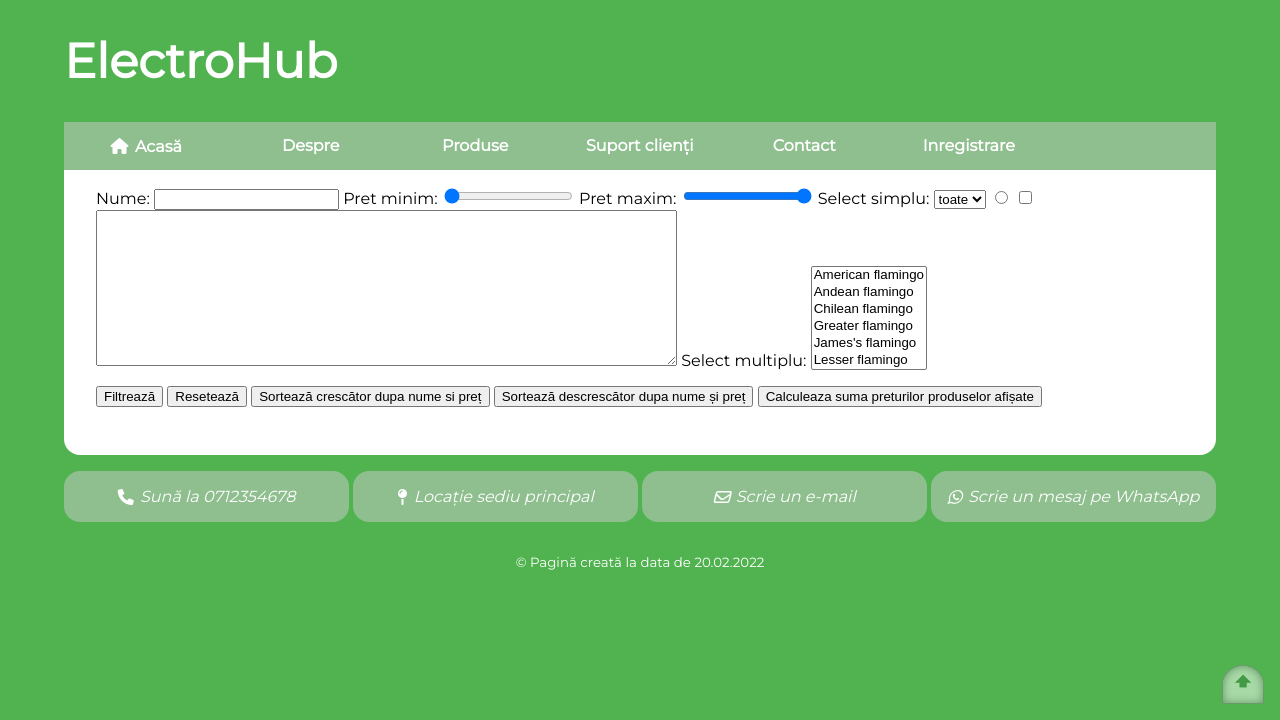
Repository: alexbanilean/Proiect-TW---ElectroHub
Page: http://localhost/produse
The author's editor kept a copy of each file at every save. The page is drawn from the files as they stood at one save, then again after the next save.
The browser window is 1280 px wide. The pictures show the whole page.
The page is served by the project's Node server (index.js). Queries for data that is not in the repository find no rows.

Above is the page before, as saved 2022-05-09 20:26:11.
Console error: TypeError: Cannot set properties of null (setting 'onclick')

### views/pagini/produse.ejs
<!DOCTYPE html>
<html  lang="ro">
    <head>
        <meta name="description" content="Universul electronicelor și electrocasnicelor la cele mai bune prețuri.">
        <meta name="keywords" content="electronice, electrocasnice, telefoane, tablete, jocuri, televizoare, smartphone">
        <title>ElectroHub</title>
        <%- include("../fragmente/head"); %>
        <link rel="stylesheet" type="text/css" href="/resurse/css/produse.css"/>
        <script type="text/javascript" src="/resurse/js/produse.js"></script>
    </head>

    <body>

    <%- include("../fragmente/header") %>

    <main>

        <!--<label> Maxim calorii: <input type="number" id="inp-calorii" value="10000"></label>-->
        <!-- <div> Calorii: trebuie sa aiba acelasi name ca sa formeze un grup
            <p><label>Dietetic (calorii &lt; 350)
                <input id="i_rad1"  name="gr_rad" value="0:350" type="radio"/>
            </label></p>
            <p><label>Mediu (350 &le; calorii &lt; 700)
                <input id="i_rad2"  name="gr_rad" value="350:750" type="radio"/>
            </label>
            <p><label>Ridicat caloric (700 &le; calorii)
                <input id="i_rad3" name="gr_rad" value="700:1000000000" type="radio"/>
            </label>
            <p><label>Toate
                <input id="i_rad4" checked name="gr_rad" value="toate" type="radio"/>
            </label>
        </div> -->

        <p>
            <label>Nume: <input type="text" id="inp-nume"></label>

            <label>Pret minim: <input type="range" id="inp-pret-min" value="0" min="0"  max="5000"><span id="infoRangeMin"></span></label>

            <label>Pret maxim: <input type="range" id="inp-pret-max" value="5000" min="0"  max="5000"><span id="infoRangeMax"></span></label>

            <label>Select simplu:
                <select id="inp-categorie">
                    <option id="sel-toate" selected value="toate">toate</option>
                    <% for (let opt of locals.optiuni) { %>
                        <option value="<%- opt.unnest %>"><%- opt.unnest %> </option>
                    <% } %>
                </select>
            </label>

            <label> <input type="radio"> </label>

            <label> <input type="checkbox"> </label>

            <label> <textarea id = "txtArea" rows = "10" cols = "70"></textarea> </label>

            <label>
                <datalist id = "browsers">
                    <option value = "Edge">
                    <option value = "Firefox">
                    <option value = "Chrome">
                    <option value = "Opera">
                    <option value = "Safari">
                </datalist>
            </label>

            <label>Select multiplu:
                <select multiple size="6">
                    <option value="American">American flamingo</option>
                    <option value="Andean">Andean flamingo</option>
                    <option value="Chilean">Chilean flamingo</option>
                    <option value="Greater">Greater flamingo</option>
                    <option value="James's">James's flamingo</option>
                    <option value="Lesser">Lesser flamingo</option>
                </select>
            </label>

        </p>

        <p>
            <button id="filtrare">Filtrează</button>
            <button id="resetare">Resetează</button>
            <button id="sortCrescNume">Sortează crescător dupa nume si preț</button>
            <button id="sortDescrescNume">Sortează descrescător dupa nume și preț</button>
            <button id="p-suma">Calculeaza suma preturilor produselor afișate</button>
        </p>

        <!-- my code below -->

        <section id="produse">
            <div class="grid-produse">
                <% for(let prod of locals.produse) { %>
                    <article class="produs">
                        <h3 class="nume"><a href="/produs/<%-prod.id %>"><span class="val-nume"><%- prod.nume%></span></a></h3>
                        <p class="categorie">Categorie: <span class="val-categorie"><%- prod.categorie %></span></p>

                        <div class="grid-intern">
                            <figure class="imag-produs">
                                <a href="produs/<%-prod.id %>" ><img src="/resurse/imagini/produse/<%- prod.imagine %>" alt="[imagine <%- prod.nume %>]" /></a>
                            </figure>

                            <table class="info-prod">
                                <tbody>
                                    <tr>
                                        <td>
                                            <span class="pret">Pret:</span>
                                        </td>
                                        <td>
                                            <span class="val-pret"><%- prod.pret %> RON</span>
                                        </td>
                                    </tr>

                                    <tr>
                                        <td>
                                            <span class="culoare">Culoare:</span>
                                        </td>
                                        <td>
                                            <span class="val-culoare"><%- prod.culoare %></span>
                                        </td>
                                    </tr>

                                    <tr>
                                        <td>
                                            <span class="descriere">Descriere:</span>
                                        </td>
                                        <td>
                                            <span class="val-descriere"><%- prod.descriere %></span>
                                        </td>
                                    </tr>

                                    <tr>
                                        <td>
                                            <span class="data_adaugare">Data adăugare:</span>
                                        </td>
                                        <td>
                                            <span class="val-data_adaugare"><time><%- `${prod.data_adaugare.getDate()}/${locals.luni[prod.data_adaugare.getMonth()]}/${prod.data_adaugare.getFullYear()} (${locals.zile[prod.data_adaugare.getDay()]})` %></time></span>
                                        </td>
                                    </tr>

                                    <tr>
                                        <td>
                                            <span class="premium">Premium:</span>
                                        </td>
                                        <td>
                                            <span class="val-premium">
                                                <% if(prod.premium == 'true') { %>
                                                    <%- 'Da' %>
                                                <% } else { %>
                                                    <%- 'Nu' %>
                                                <% } %>
                                            </span>
                                        </td>
                                    </tr>
                                </tbody>
                            </table>

                            <label class="selecteaza-cos">
                                Selectează:<br/>
                                <input type="checkbox" class="select-cos" value="<%-prod.id %>" autocomplete="off">
                            </label>
                        </div>
                    </article>
                <% } %>
            </div>
        </section>
    </main>

    <%- include("../fragmente/footer") %>
    </body>
</html>

### views/fragmente/head.ejs
<meta charset="utf-8">
<meta name="author" content="Alexandru Bănilean">

<link rel="apple-touch-icon" sizes="180x180" href="/resurse/ico/apple-touch-icon.png">
<link rel="icon" type="image/png" sizes="32x32" href="/resurse/ico/favicon-32x32.png">
<link rel="icon" type="image/png" sizes="16x16" href="/resurse/ico/favicon-16x16.png">
<link rel="manifest" href="/resurse/ico/site.webmanifest">
<link rel="mask-icon" href="/resurse/ico/safari-pinned-tab.svg" color="#5bbad5">
<link rel="shortcut icon" href="/resurse/ico/favicon.ico">
<meta name="msapplication-TileColor" content="#da532c">
<meta name="msapplication-config" content="./resurse/ico/browserconfig.xml">
<meta name="theme-color" content="#ffffff">

<link rel="stylesheet" href="/resurse/css/general.css" type="text/css"/>
<link rel="stylesheet" href="/resurse/css/general-1200.css" type="text/css" media="screen and (max-width:1200px)"/>
<link rel="stylesheet" href="/resurse/css/general-500.css" type="text/css" media="screen and (max-width:500px)"/>
<link rel="stylesheet" href="/resurse/css/nav.css" type="text/css"/>
<link rel="stylesheet" href="/resurse/css/nav-500.css" type="text/css" media="screen and (max-width:500px)"/>
<link rel="stylesheet" href="/resurse/css/galerie_statica.css" type="text/css"/>
<link rel="stylesheet" href="/resurse/css/print_style.css" type="text/css"/>

<link rel="stylesheet" href="https://use.fontawesome.com/releases/v6.0.0/css/all.css"/>
<link rel="stylesheet" href="https://fonts.googleapis.com/css?family=Montserrat"/>

<script src="/resurse/js/tema.js"></script>

### views/fragmente/header.ejs
<script>
    var tema=localStorage.getItem("tema");
    if(tema)
        document.body.classList.add("dark");
    else
        document.body.classList.remove("dark");
</script>

<header>
    <h1>ElectroHub</h1>
</header>

<nav>

    <label id="hamburger" for="ch-menu">
        <img src="/resurse/imagini/hamburger_icon_alb.png" alt="menu">
    </label>
    <input id="ch-menu" type="checkbox">

    <ul class="meniu">
        <li><div class="home-button"><a href="/index"><span class="text-home-button">Acasă</span></a></div></li>
        <li><div><a href="/despre">Despre</a></div>
            <ul>
                <li><a href="/despre#prezentare">Prezentare</a></li>
                <li><a href="/despre#istoric">Istoric</a></li>
                <li><a href="/despre#galerie">Galerie</a></li>
            </ul>
        </li>
        <li><div><a href="/produse">Produse</a></div>
            <ul>
                <li><a href="/produse">Toate</a></li>
                <% for(let categ of locals.categorii_meniu) { %>
                    <li><a href="/produse/<%-categ.unnest%>" style="text-transform: capitalize;"><%-categ.unnest%></a></li>
                <% } %>
            </ul>
        </li>
        <li><a href="/suport_clienti">Suport clienți</a></li>
        <li><a href="/contact">Contact</a></li>
        <li><a href="/inregistrare">Inregistrare</a></li>



        <% if(locals.utilizator){ %>
            <li>
                <div><%- locals.utilizator.username %></div>
                <ul>
                    <li><a href="/profil">Profil</a></li>
                    <li><a href="/logout">Logout</a></li>
                    <% if(locals.utilizator && locals.utilizator.rol == "admin") { %>
                    <li><a href="/useri">Useri</a></li>
                    <% } %>

                </ul>
            </li>
        <% } %>
    </ul>
</nav>

<p id="banner"></p>

### views/fragmente/footer.ejs
<footer>
    <address>
        <a href="tel:+40712354678" class="apel">
            <i class="fa-solid fa-phone fa-shake-hover" style="font-weight:600;padding-right:0.4rem;"></i>Sună la 0712354678</a>
        <a href="https://www.google.com/maps/place/Faculty+of+Mathematics+and+Informatics+-+University+of+Bucharest/@44.4355355,26.0995867,15z/data=!4m5!3m4!1s0x0:0x493984726f0235f9!8m2!3d44.4355355!4d26.0995867" class="locatie">
            <i class="fa-solid fa-map-pin fa-bounce" style="font-weight:600;padding-right:0.4rem;"></i>Locație sediu principal</a>
        <a href="mailto::clienti.electrohub@gmail.com" class="mail">Scrie un e-mail</a>
        <a href="https://api.whatsapp.com/send?phone=40712354678" class="mesaj">Scrie un mesaj pe WhatsApp</a>
    </address>

    <a href="#" id="link-top"><div class="tooltip"><span class="tooltiptext">Înapoi în partea de sus a paginii</span></div></a>

    <p class="copyright-info"><small>&copy; Pagină creată la data de <time datetime="2022-02-20">20.02.2022</time></small></p>
</footer>

### resurse/css/nav.css
body{
    --inaltime-meniu: 3rem;
}

nav ul.meniu ul{
    display: none;
    position: absolute;
    width: 100%;
}

nav{
    height: var(--inaltime-meniu);
    width: 100%;
    top: 0;
    padding: 0;
    background-color: var(--button-color);
    z-index: 10;
    position: sticky;
}

nav ul.meniu>li{
    float: left;
    width: 14.28%;
    position: relative;
}

nav ul, nav li{
    padding: 0;
    margin: 0;
}

nav ul.meniu li{
    text-align: center;
    list-style-type: none;
    background-color: var(--button-color);
    cursor: pointer;
}

nav>ul.meniu>li>a{
    overflow: hidden;
}

nav ul.meniu li, nav ul.meniu div, nav ul.meniu a{
    text-decoration: none;
    color: var(--c2-text);
    display: block;
    font-weight: bold;

    height: var(--inaltime-meniu);
    line-height: var(--inaltime-meniu);
}

ul.meniu>li>div:hover, ul.meniu>li>a:hover{
    box-shadow: 1px 1px 5px 1px inset var(--c2-text), -1px -1px 5px 1px inset var(--c2-text);
}

ul.meniu a, ul.meniu div{
    transition: background 200ms linear;
}

nav ul.meniu>li:hover>ul{
    display: block;
    animation-name: aparitie_submeniu;
    animation-iteration-count: 1;
    animation-duration: 200ms;
    animation-timing-function: linear;
    transform-origin: top center;
}

nav ul.meniu>li:hover>ul li a::before{
    content:'\2192';
    display: inline-block;
    padding-right: 0.4rem;

}

nav ul.meniu>li:hover>ul li{
    overflow: hidden;
}

nav ul.meniu>li:hover>ul li a:hover::before{
    content:'\2192';
    padding-right: 0.4rem;

    animation-name: animatie_sageata_submeniu;
    animation-iteration-count: 1;
    animation-duration: 400ms;
    animation-timing-function: linear;
}

.home-button>a::before{
    display: inline-block;
    font-family: "Font Awesome 6 Free";
    padding-right: 0.4rem;
    content:'\f015';
}

#hamburger{
    display: none;
    height: var(--inaltime-meniu);
}

#ch-menu{
    display: none;
}

#hamburger img{
    height: 100%;
    width: auto;
}

@keyframes aparitie_submeniu{
    0%{
        opacity: 0;
        transform: scaleY(0);
    }
    100%{
        opacity: 1;
        transform: scaleY(1);
    }
}

@keyframes animatie_sageata_submeniu{
    0%{transform: translateX(-2rem);}
    100%{transform: translateX(0);}
}

### resurse/css/galerie_statica.css
#galerie_statica{
    display: grid;
    grid-template-columns: repeat(3, 1fr);
    gap: 10px;
    width: 100%;
}

#galerie_statica img{
    width: 100%;
    height: 100%;
}

#galerie_statica figure{
    width: 100%;
    height: 85%;
    margin: 0;
    padding: 0;
}

#galerie_statica>a:nth-child(5){
    grid-area: 2/3/3/4;
}

#galerie_statica>a:nth-child(6){
    grid-area: 3/1/4/2;
}

#galerie_statica>a:nth-child(7){
    grid-area: 3/3/4/4;
}

#galerie_statica>a:nth-child(8){
    grid-area: 4/1/5/2;
}

#galerie_statica>a:nth-child(9){
    grid-area: 4/2/5/3;
}

#galerie_statica>a:nth-child(10){
    grid-area: 4/3/5/4;
}

#galerie_statica{
    counter-reset: nr_imag;
}

#galerie_statica figcaption::before{
    content: counter(nr_imag, upper-roman) ". ";
    counter-increment: nr_imag;
    padding-right: 3px;
}

#galerie_statica figure figcaption{
    text-align: center;
    width:100%;
}

#galerie_statica figure:hover{
    transform: scale(1.25, 1.25) rotate(-10deg);
    border: 4px solid black;
    transition: all 1200ms linear;
}

#galerie_statica>a{
    text-decoration: none;
    color: inherit;
}

@media screen and (max-width: 800px){
    #galerie_statica{
        display: grid;
        grid-template-columns: repeat(2, 1fr);
    }
}

@media screen and (max-width: 500px){
    #galerie_statica{
        display: grid;
        grid-template-columns: 1fr;
    }
}

### resurse/css/print_style.css
#watermark, #banner{
    display:none;
}

@media print{

    html, body{
        width: 210mm;
        overflow: visible !important;
    }

    a{
        text-decoration: none;
        color: auto;
    }

    #link-top, video, iframe, #prezentari, figure, image, table{
        display: none;
    }

    details ol, :hover{
        display: block;
    }

	h1{
		margin-top: 50%;
		text-align:center;
	}

    nav{
        page-break-after: always;
    }

    nav u.meniu ul li{
        display: block;
    }

	#banner{
		position: absolute;
		display: inline-block;
        overflow: visible;
        width:50%;

        top: 0;
		right: 0;
	}
	#banner::after{
		content:"Acesta este un proiect școlar.";
        display: inline-block;
		position: absolute;

		font-size:10px;
        border:5px double black;

        padding: 5%;

        top: 0;
        right: 0;
	}

    #watermark{
        display: flex;
        flex-direction: column;
        position: fixed;
        align-items: center;
        justify-content: center;

        color: rgba(0,0,0,0.3);

        width: 60%;
        height: 10%;

        top: 0;
        left: 0;
    }

    #watermark::after{
        content: "Banilean Alexandru";
        display: block;
        text-align: center;
        padding: 5%;
        opacity: 0.3;

        color: rgba(0,0,0,0.3);

        border: 2px solid black;
        border-radius: 8px;
    }

	footer{
		page-break-before: always;
	}
}

@page {
    size: A4 portrait;
    margin-bottom:2cm;
    margin-top:2cm;
    counter-increment: page;

}
@page:left{

    margin-left:2cm;
    margin-right:1cm;
}
@page:right{

    margin-right:2cm;
    margin-left:1cm;
}

### resurse/css/produse.css
main{
    --padd-main: 2rem;
    padding-left: var(--padd-main);
    padding-right: var(--padd-main);
}

.grid-produse{
    display:grid;
    grid-template-columns: 1fr 1fr;
    grid-gap:1rem;
}
.grid-produse .produs{
    border-radius: 2rem;
    box-shadow: 0px 0px 0.5rem 0.2rem grey;
    overflow: hidden;
}

.grid-produse .produs h3{
    background-color: var(--medium-color);
    text-align: center;
    margin-top: 0;
    padding-top: 0.5rem;
    padding-bottom: 0.5rem;
}

.grid-produse .produs h3 a{
    color: var(--c2-text);
    text-decoration: none;
}

.grid-produse .produs h3 a:hover{
    color:var(--vivid-color);
}
.grid-produse .produs figure{
    text-align: center;
}

/* .grid-produse .produs figure img{
    border:1px solid grey
} */

.grid-produse .produs .info-prod{
    display:flex;
    width: 90%;
    /* text-align:center; */

    border-collapse: separate;

    font-weight: bold;
    padding-top: 2rem;
}

.grid-produse .produs p.categorie{
    text-align:center;
    font-weight:bold;
}

.grid-intern{
    display:grid;
    grid-template-columns: 1fr 1fr;
    grid-gap:1rem;
}

.grid-intern>figure img{
    width: 100%;
    height: auto;
}

.produs{
    position: relative;
}
.selecteaza-cos{
    display: inline-block;
    position: absolute;
    bottom: 0.5rem;
    right: 0.5rem;
    border-radius: 0.5rem;
    text-align: center;
    padding: 0.3rem;
    border: 1px solid transparent;
}

### resurse/css/general-1200.css
html{
    font-size: 14px;
}

body{
    --body-padding: 1.5rem;
    margin: 0;
}

#tabel>div{
    overflow-x: scroll;
}

#link-top{
    right: 1.7rem;
}

#link-top>.tooltip{
    right: 1.8rem;
}

.text-home-button{
    display: none;
}

.home-button>a::before{
    padding-left: 0.4rem;
}

### resurse/css/general-500.css
html{
    font-size: 10px;
}

body{
    --body-padding: 0;
}

h1{
    text-align: center;
}

#grid-pagina{
    display: block;
}

section{
    margin-top: 1rem;
}

#tabel>div{
    overflow-x: scroll;
}

.taburi-iframe a{
    text-decoration: none;
    width: 75px;
}

#link-top{
    right: 0.3rem;
}

#link-top>.tooltip{
    right: 0.4rem;
}

### resurse/css/nav-500.css
#hamburger{
    display: block;
}

ul.meniu{
    display: none;
    position: absolute;
    width: 100%;
}

/* aparitie meniu */

#ch-menu:checked+ul.meniu{
    display: block;
    z-index: 2;
    position: absolute;
    transform-origin: 0 0;

    animation-name: aparitie_meniu;
    animation-iteration-count: 1;
    animation-timing-function: linear;
    animation-fill-mode: forwards;
    animation-duration: 300ms;
}

#ch-menu:checked+ul.meniu>li>div, #ch-menu:checked+ul.meniu>li>a{
    z-index: 2;
    position: relative;
}

/* display over content meniu */

nav ul.meniu li{
    width: 100%;
}

nav ul.meniu>li ul{
    position: absolute;
    width: 100%;
    z-index: 200;
}

#ch-menu:checked+ul.meniu>li ul>*{
    position: relative;
    z-index: 200;
}

nav ul.meniu>li:hover>ul{
    z-index: 200;
    animation: none;
}

/* modificari sageata + boxshadow */

nav ul.meniu>li:hover>ul li a::before{
    content: none;
}

nav ul.meniu>li:hover>ul li a:hover::before{
    animation: none;
    content: none;
}

ul.meniu>li :hover{
    box-shadow: 1px 1px 5px 1px inset var(--c2-text), -1px -1px 5px 1px inset var(--c2-text);
}

@keyframes aparitie_meniu{
    0%{transform: scale(0,0);}
    100%{transform: scale(1,1);}
}

Loaded but not shown: resurse/json/galerie.json (97 lines, source omitted); resurse/json/erori.json (35 lines, source omitted); index.js (649 lines, source omitted); resurse/js/produse.js (331 lines, source omitted); resurse/js/tema.js (11 lines, source omitted); resurse/css/general.css (482 lines, source omitted)

After the next save:
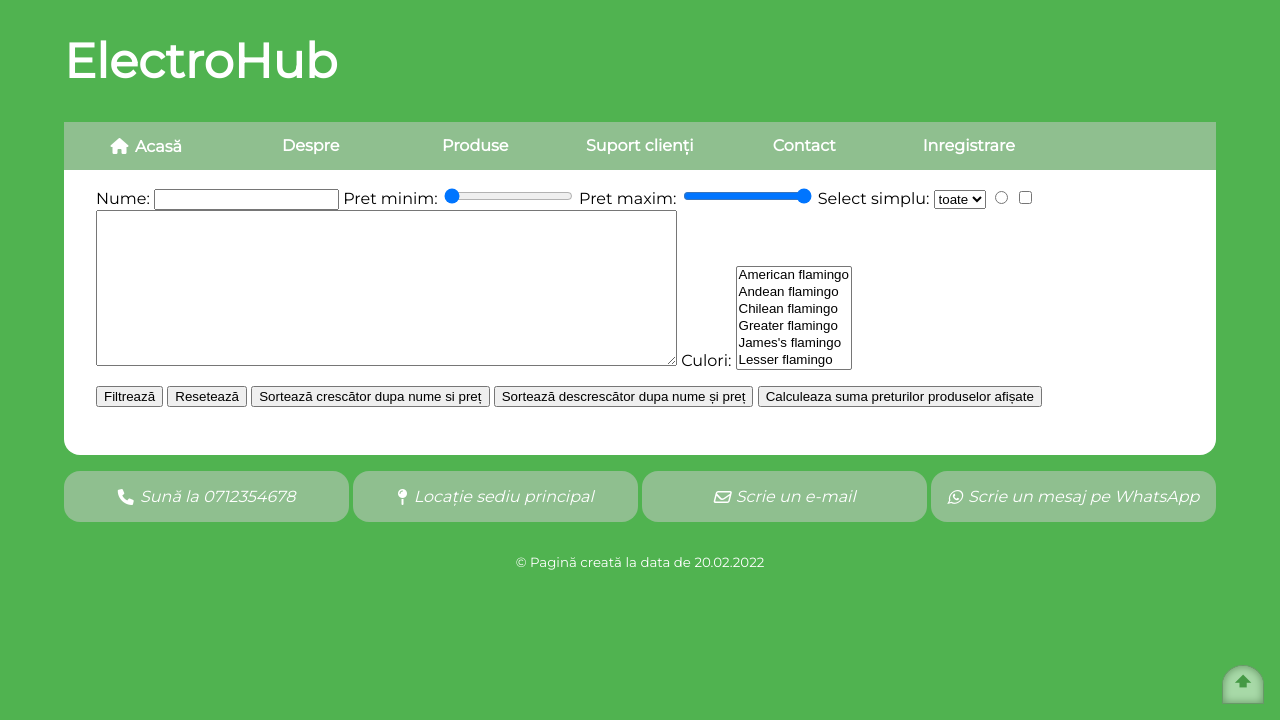
Saved 14 s later.
--- a/views/pagini/produse.ejs
+++ b/views/pagini/produse.ejs
@@ -63,7 +63,7 @@
                 </datalist>
             </label>
 
-            <label>Select multiplu:
+            <label>Culori:
                 <select multiple size="6">
                     <option value="American">American flamingo</option>
                     <option value="Andean">Andean flamingo</option>
